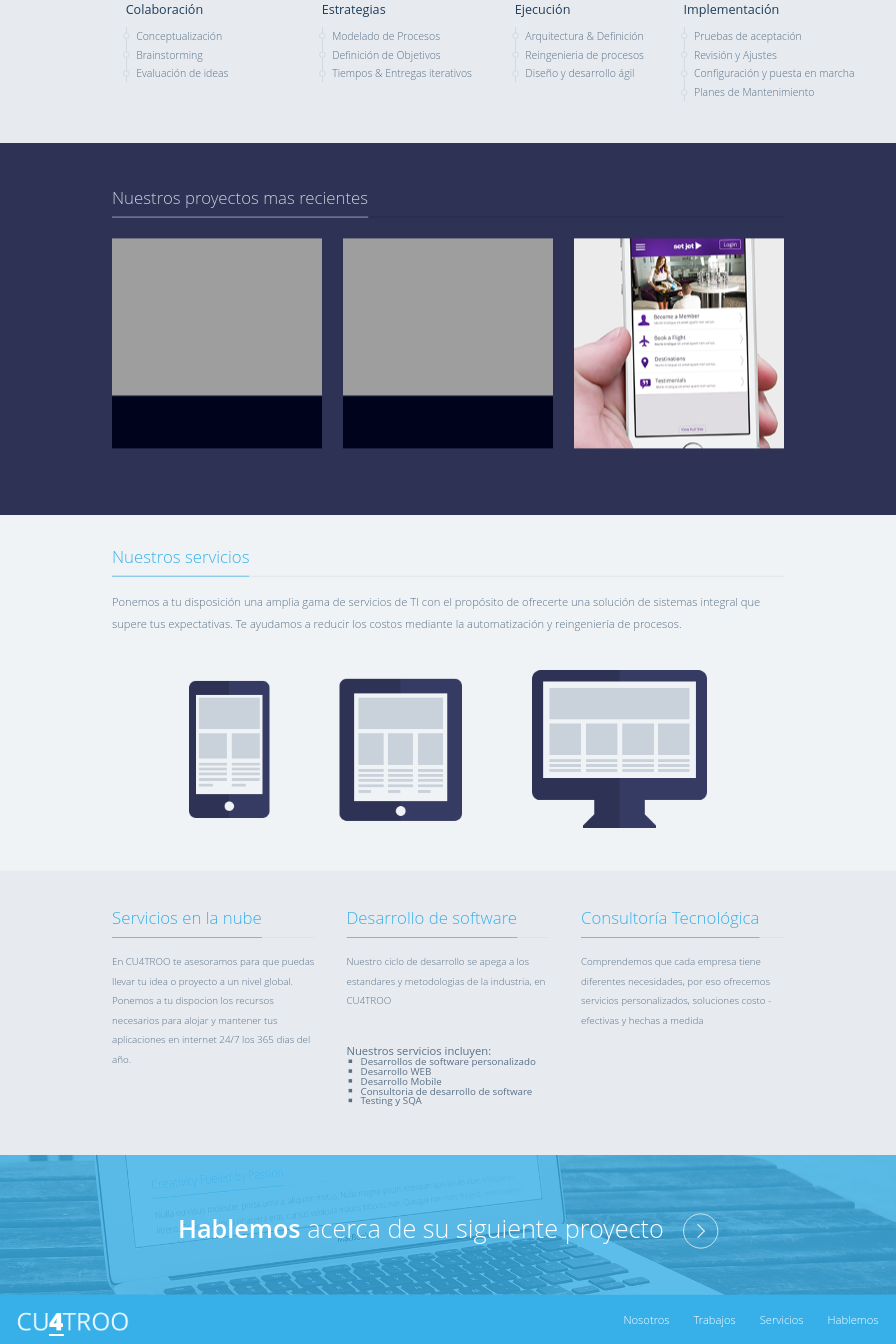
Repository: cuatroo/website
Page: index.html
The author's editor kept a record of every edit. The page is drawn from the files as they stood at one moment, then again after the next edit.
The browser window is 1280 px wide. The pictures show the part of the page from y = 1071 to 2991 px (the page is 2991 px tall before and 2963 px after), at 70% of full size.
Pictures or frames that could not be fetched are drawn as grey boxes. Some web libraries are served in a nearby version.

Above is the page before.
Console error (its wording comes from the project's code and is left out).

After the next edit:
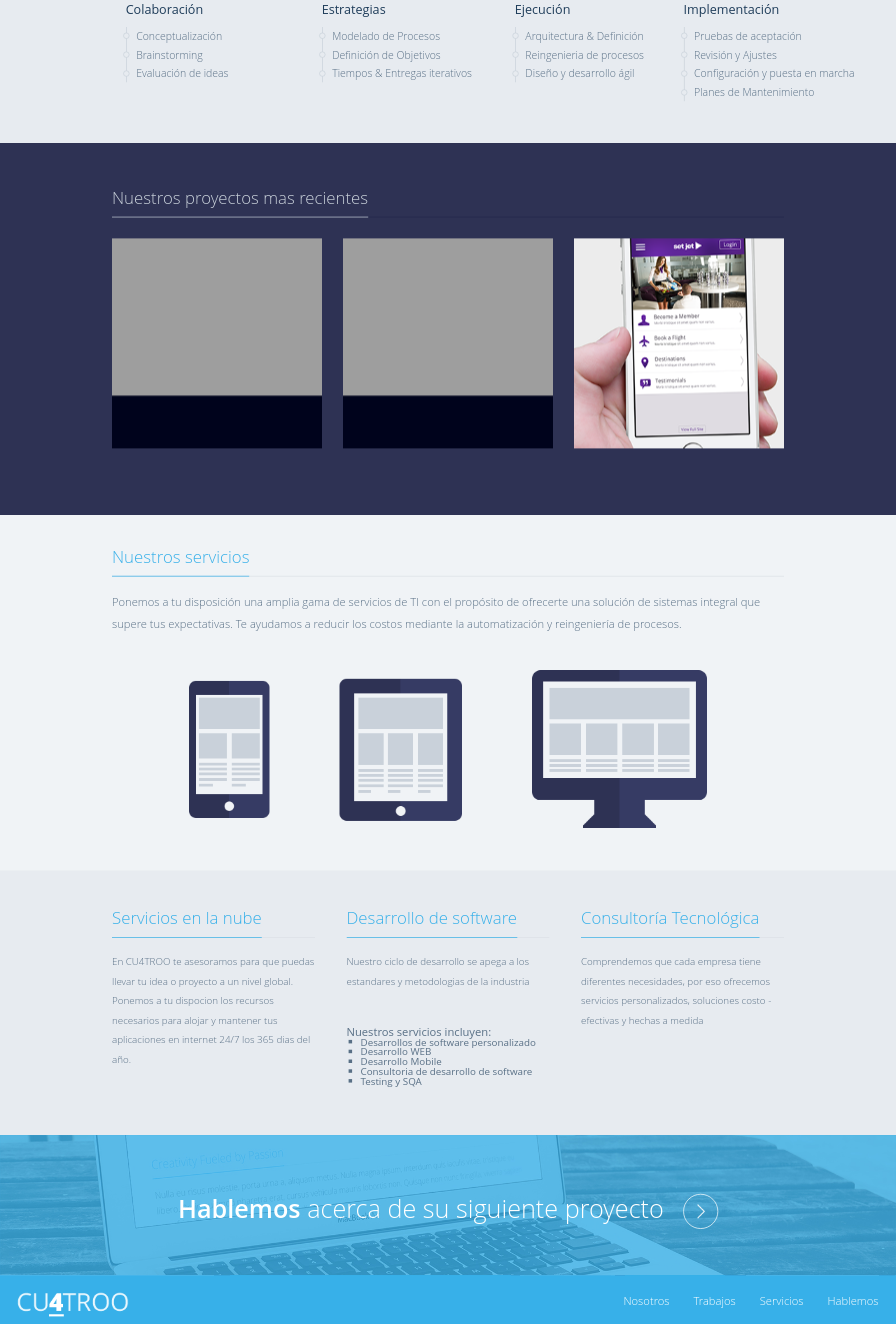
The edit:
--- a/index.html
+++ b/index.html
@@ -221,7 +221,7 @@
 					        			<h3>Desarrollo de software</h3>
 									</header>
 									<p>
-										Nuestro ciclo de desarrollo se apega a los estandares y metodologias de la industria, en CU4TROO
+										Nuestro ciclo de desarrollo se apega a los estandares y metodologias de la industria
 
 
 											<ul>Nuestros servicios incluyen:
